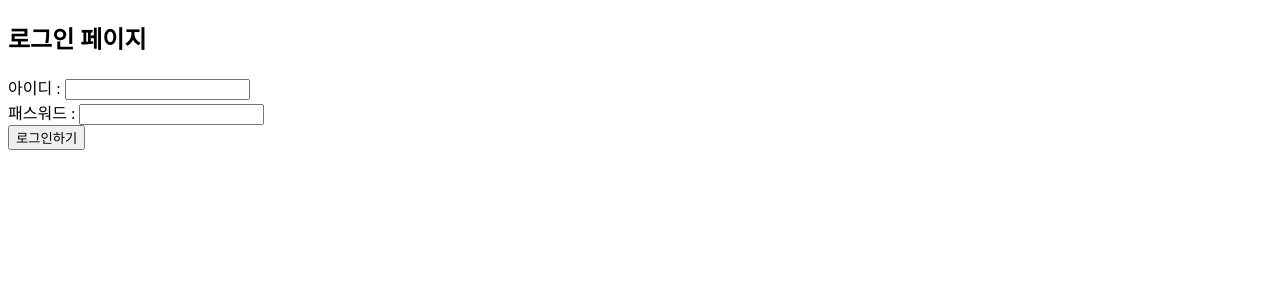
Repository: AHJ2616/Java
Page: http://localhost/board-jsp/06Session/login_form.jsp
These files come from the project's save history. The page is drawn as it stood at one moment and after the next save; the edit follows.
The browser window is 1280 px wide. The pictures show the whole page.
The page is served by Tomcat 9.

Above is the page before, as saved 2024-07-26 01:31:15.

After the next save:
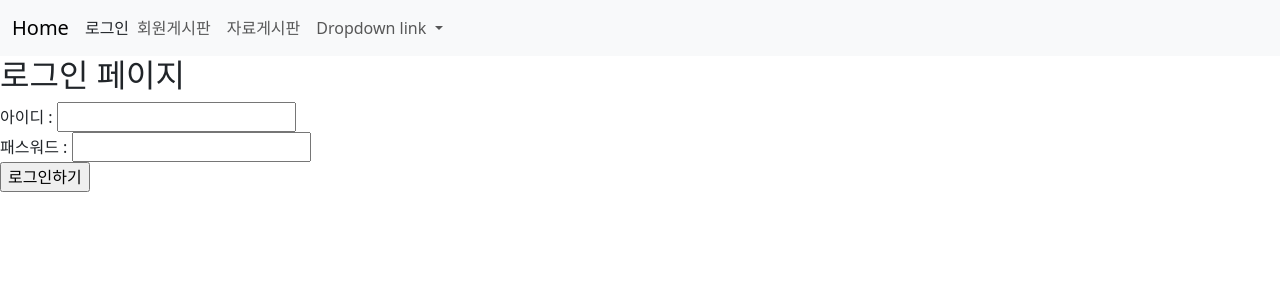
Saved 103 min 12 s later.
--- a/jsp_workspace/board-jsp/src/main/webapp/06Session/login_form.jsp
+++ b/jsp_workspace/board-jsp/src/main/webapp/06Session/login_form.jsp
@@ -8,6 +8,7 @@
 <!-- 성공시 세션에 저장 -->
 </head>
 <body>
+	<jsp:include page="../Common/Link.jsp" />
 	<h2>로그인 페이지</h2>
 	<span style="color: red; font-size: 1.2em;">
 	<%= request.getAttribute("LoginErrMsg")==null ? "" : request.getAttribute("LoginErrMsg") %>
